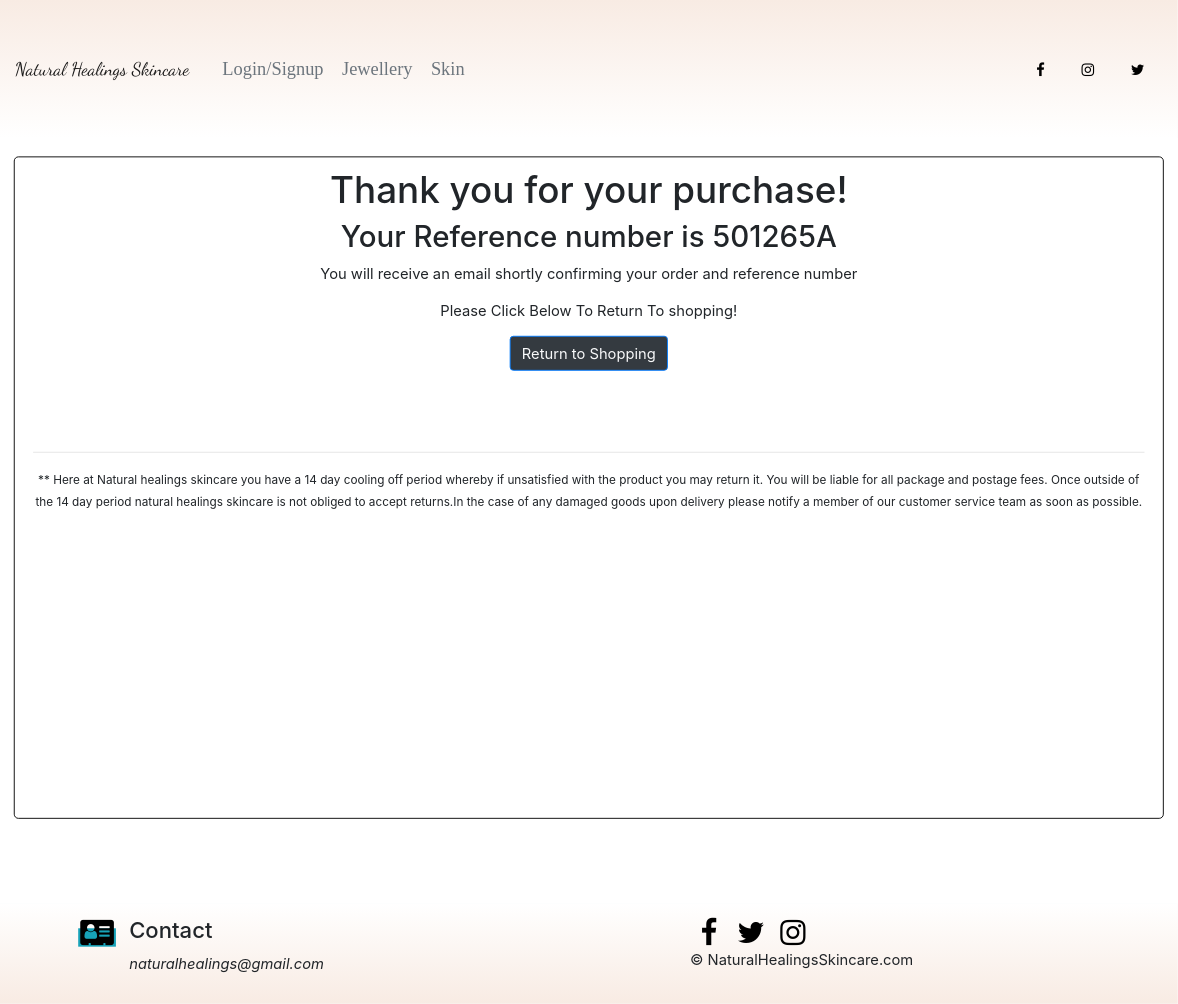
Repository: aliciarawlings/first-milestone
Page: thankyou.html
The author's editor kept a record of every edit. The page is drawn from the files as they stood at one moment, then again after the next edit.
The browser window is 1280 px wide. The pictures show the whole page, at 92% of full size.
Some web fonts or font styles are not loaded; a fallback is used.

Above is the page before.

### thankyou.html
<!DOCTYPE html>
<html lang="en">

<head>
  <meta charset="UTF-8">
  <meta name="viewport" content="width=device-width, initial-scale=1.0">
  <meta http-equiv="X-UA-Compatible" content="ie=edge">
  <link href="https://fonts.googleapis.com/css?family=Source+Serif+Pro&display=swap" rel="stylesheet">
  <link href="https://fonts.googleapis.com/css?family=Dancing+Script&display=swap" rel="stylesheet">
  <script src="https://code.jquery.com/jquery-3.3.1.slim.min.js" integrity="sha384-q8i/X+965DzO0rT7abK41JStQIAqVgRVzpbzo5smXKp4YfRvH+8abtTE1Pi6jizo" crossorigin="anonymous"></script>
  <script src="https://cdnjs.cloudflare.com/ajax/libs/popper.js/1.14.7/umd/popper.min.js" integrity="sha384-UO2eT0CpHqdSJQ6hJty5KVphtPhzWj9WO1clHTMGa3JDZwrnQq4sF86dIHNDz0W1" crossorigin="anonymous"></script>
  <script src="https://stackpath.bootstrapcdn.com/bootstrap/4.3.1/js/bootstrap.min.js" integrity="sha384-JjSmVgyd0p3pXB1rRibZUAYoIIy6OrQ6VrjIEaFf/nJGzIxFDsf4x0xIM+B07jRM" crossorigin="anonymous"></script>
  <link rel="stylesheet" href="assets/css/main.css" type="text/css" />
  <link rel="stylesheet" href="https://stackpath.bootstrapcdn.com/bootstrap/4.3.1/css/bootstrap.min.css" type="text/css" />
  <link rel="stylesheet" href="https://stackpath.bootstrapcdn.com/font-awesome/4.7.0/css/font-awesome.min.css" type="text/css" />
  <title>Thank You</title>

</head>

<body>
  <!-------------------------------NAVBAR--------------------------------------------------------->
                <!-----BOOTSTRAP-NAVB------>
  <nav class="navbar navbar-expand-sm navbar-light bg-light grad navfont">
    <a  href="index.html" class="navbar-brand heading">Natural Healings Skincare</a>
    <button class="navbar-toggler collapsed" type="button" data-toggle="collapse" data-target="#navbarNav" aria-controls="navbarNav" aria-expanded="false" aria-label="Toggle navigation">
      <span class="navbar-toggler-icon"></span>
    </button>
    <div class="collapse navbar-collapse" id="navbarNav">
      <ul class="navbar-nav">
         <li class="nav-item">
          <a class="nav-brand text-muted" href="login.html">Login/Signup</a>
          </li>
        <li class="nav-item">
          <a class="nav-brand text-muted" href="jewelery.html">Jewellery</a>
        </li>
        <li class="nav-item">
          <a class="nav-brand text-muted" href="skincare.html">Skin </a>

        </li>
      </ul>
      <div class="container-fluid  d-none d-sm-block d-none d-md-block">
        <div class="row">
          <div class="col">
          </div>
          <a class="fa fa-facebook social" href="https://www.facebook.com/NaturalHealingsSkincare/" target="_blank"></a>
          <i class="fa fa-instagram social "></i>     <!---FONTAWESOME-ICONS-->
          <i class="fa fa-twitter social"></i>
        </div>
      </div>
  </nav>
  <div class="container-fluid">


<!-------------------------------NAVBAR END--------------------------------------------------------->




<!---------------THANK-YOU-WINDOW------------------------>

    <div class="form form2">
      <h1>Thank you for your purchase!</h1>
      <h2>Your Reference number is 501265A</h2>
      <p>You will receive an email shortly confirming your order and reference number</p>
      <p>Please Click Below To Return To shopping!</p>

      <a href="index.html" class="btn btn-primary text-light bg-dark">Return to Shopping</a>
      <!----BOOTSTRAP-BTN--->


      <br>

      <br>
      <br>
      <br>


      <hr>








      <p><small>** Here at Natural healings skincare you have a 14 day cooling off period whereby if unsatisfied with the product you may return it. You will be liable for all package and
      postage fees. Once outside of the 14 day period natural healings skincare is not obliged to accept returns.In the case of any damaged goods upon delivery please notify a member
      of our customer service team as soon as possible.</small></p>









    </div>



  </div>

  <br>
  <br>
  <br>

</body>

<!-------------------------------THANK-YOU-WINDOW- END--------------------------------------------------------->


<!-------------------------------FOOTER--------------------------------------------------------->
          <!-----BOOTSTRAP-FOOTER---->

<footer>
  <div class="container-fluid bg-light py-3 grad2 ">
    <div class="container">
      <div class="row">
        <div class="col-md-7">
          <div class="row py-0">
            <div class="col-sm-1 hidden-md-down">
              <a class="bg-circle bg-info" href="#">
                <i class="fa fa-2x fa-fw fa-address-card"style=color:black; aria-hidden="true "></i>
              </a>
            </div>
            <div class="col-sm-11">
              <div>
                <h4>Contact</h4>
                <p><em>naturalhealings@gmail.com</em></p>
              </div>
            </div>
          </div>
        </div>
        <div class="col-md-5">
          <div class="d-inline-block">
            <div class="bg-circle-outline d-inline-block">
              <a href="https://www.facebook.com/NaturalHealingsSkincare/" target="_blank"><i class="fa fa-2x fa-fw fa-facebook" style="color:black;"></i>
		</a>
            </div>
            <div class="bg-circle-outline d-inline-block">
              <a href="https://twitter.com/" target="_blank">
                <i class="fa fa-2x fa-fw fa-twitter"style="color:black;"></i></a>
            </div>

            <div class="bg-circle-outline d-inline-block">
              <a href="https://www.instagram.com/natural.healings.skincare/" target="_blank">
                <i class="fa fa-2x fa-fw fa-instagram"style="color:black;"></i></a>
            </div>
            <p>&copy; NaturalHealingsSkincare.com

            </p>

          </div>
        </div>
      </div>
    </div>
  </div>
  </div>


</footer>

<!-------------------------------FOOTER END--------------------------------------------------------->









</html>

### assets/css/main.css
/*--header+nav--*/

.bg-img {
  background: url("../images/mainlogo.png");
  min-height: 700px;
  background-position: center;
  background-repeat: no-repeat;
  background-size: cover;
  position: relative;
  background-attachment: initial;
  background-size: 100%;

}

.grad {
  height: 150px;
  background-image: linear-gradient(#f8ebe3, white);
}



.navfont li {
  font-size: 20px;
  color: black;
  padding-left: 20px;
  font-family: 'Crimson Text', serif;
}



.social {
  color: black;
  padding: 20px;


}


.social:hover {
  color: purple;
  text-decoration: none;
}





.heading {
  size: 60px;
  font-family: 'Dancing Script', cursive;
  color: #996515;

}


/*--------header and NAv End-------*/

/*--product-display--*/

.cards {
  text-align: center;
  box-shadow: 0px 2px 4px 0px rgba(0, 0, 0, 0.5);
  width: 100%;
   font-family: 'Crimson Text', serif;


}



.cardfont{
  font-size:20px;
}

.card-title {
  height: 40px;

}


/*---------form PAges------*/

.form {
  width: 100%;
  height:auto;
  text-align: center;
  border: solid 1px black;
  margin: 20px 0;
  padding: 12px 20px;
  display: inline-block;
  border-radius: 5px;

}

input[text] {
  width: auto;
  height: auto;
}

input[date] {
  width: auto;
  height: auto;
}

input[email] {
  width: auto;
  height: auto;
}


.submit {
  background-color:black;
  color:white;
  border:1px black solid;
  border-radius:25px;
}


/*----------LOGIN PAGE---------*/
.login {
  text-align:center;
  width: 100%;
  height:auto;
  text-align: center;
  border: solid 1px black;
  margin: 20px 0;
  padding: 12px 20px;
  display: inline-block;
  border-radius: 5px;

}





/*-----media-query-------------------------*/



@media only screen and (min-width:768px){
  .form2{
    height:100vh;
  }
}




@media only screen and (min-width:1440px){
  .card:hover {

  filter: opacity(30%);
}


}




@media only screen and (max-width:420px) {
  .bg-img {
    min-height: 250px;
  }
}



@media only screen and (max-width:2560px) {
  .foot1 {
    position: fixed;
    left: 0;
    bottom: 0;

  }
}

@media only screen and (min-width:319px) {
  .foot1 {
    position: relative;
    left: 0;
    bottom: 0;
  }
}


/*------footer--------*/
.grad2 {
  background-image: linear-gradient(white, #f8ebe3);
}

After the next edit:
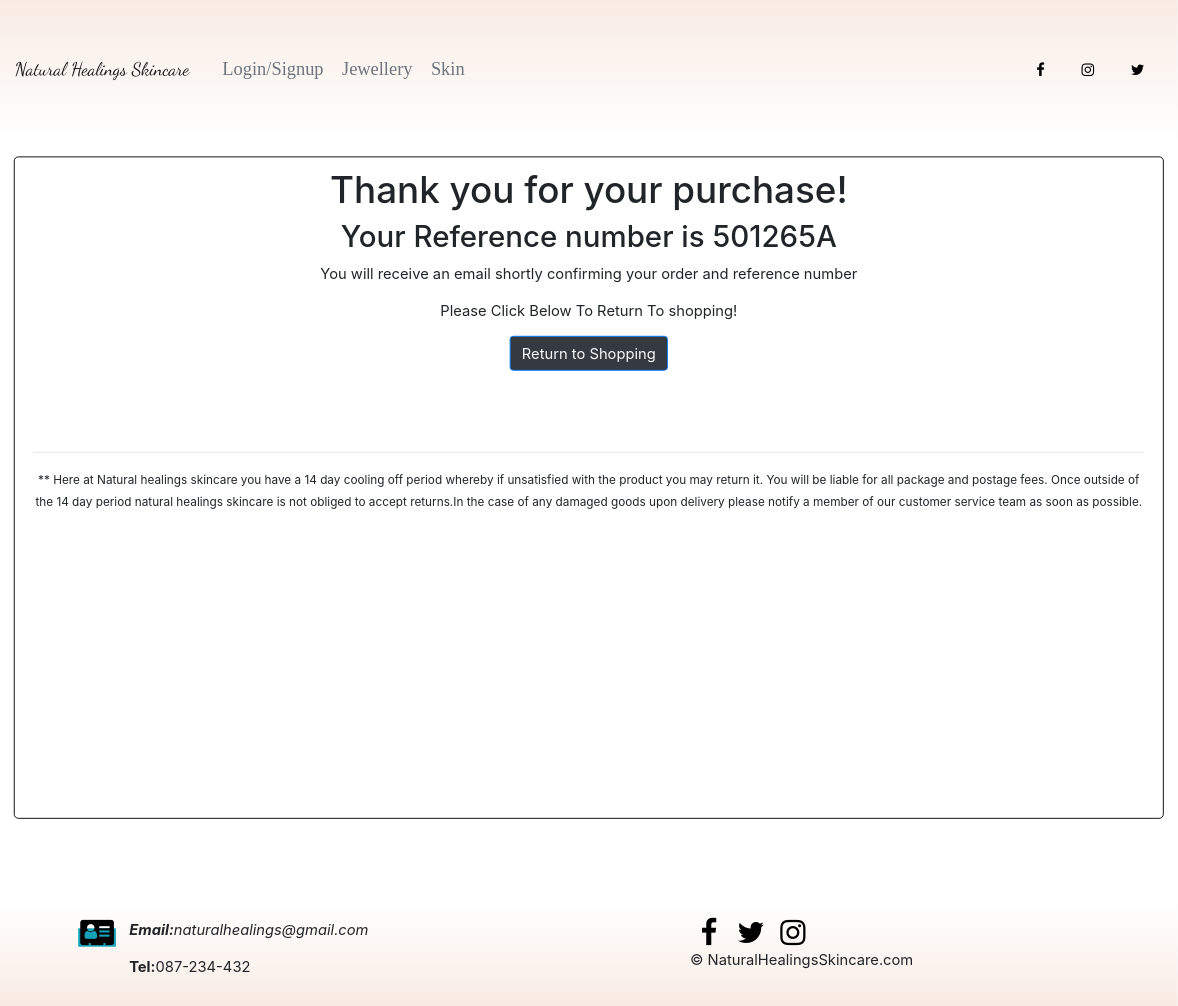
The edit:
--- a/thankyou.html
+++ b/thankyou.html
@@ -127,8 +127,8 @@
             </div>
             <div class="col-sm-11">
               <div>
-                <h4>Contact</h4>
-                <p><em>naturalhealings@gmail.com</em></p>
+               <p><em><strong>Email:</strong>naturalhealings@gmail.com</em></p>
+                <p><strong>Tel:</strong>087-234-432</p>
               </div>
             </div>
           </div>
